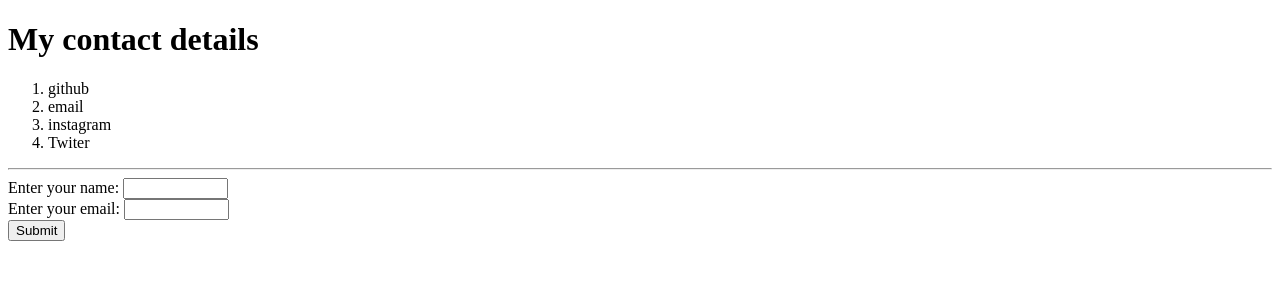
Repository: ew-code/Web-Development
Page: HTML - Personal Site/contact.html
The author's editor kept a copy of each file at every save. The page is drawn from the files as they stood at one save, then again after a run of saves.
The browser window is 1280 px wide. The pictures show the whole page.

Above is the page before, as saved 2021-01-04 23:56:14.

After the next 3 saves:
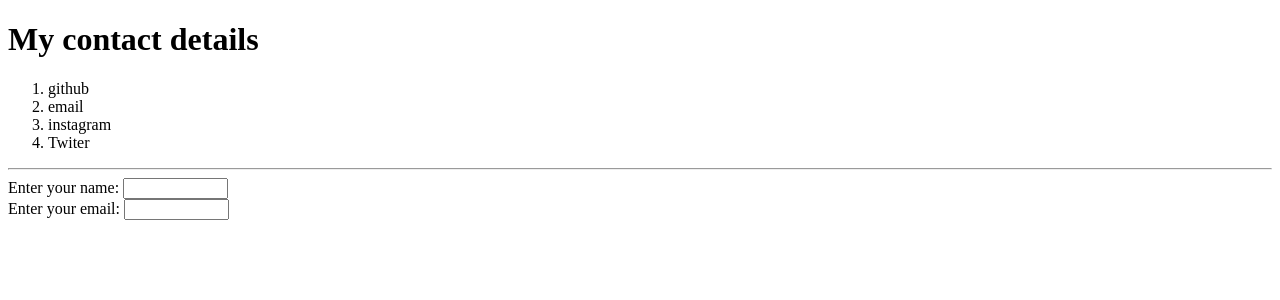
The 3 saves are shown as one change because they came seconds apart.
The last was saved 27 s later.
--- a/HTML - Personal Site/contact.html
+++ b/HTML - Personal Site/contact.html
@@ -22,6 +22,7 @@
     <input type="text" name="name" id="name" minlength="4" maxlength="50" size="10"><br>
     <label for="email">Enter your email:</label>
     <input type="email" name="email" id="email" minlength="4" maxlength="50" size="10"><br>
+    <label
     <input type="submit">
   </form>
 
